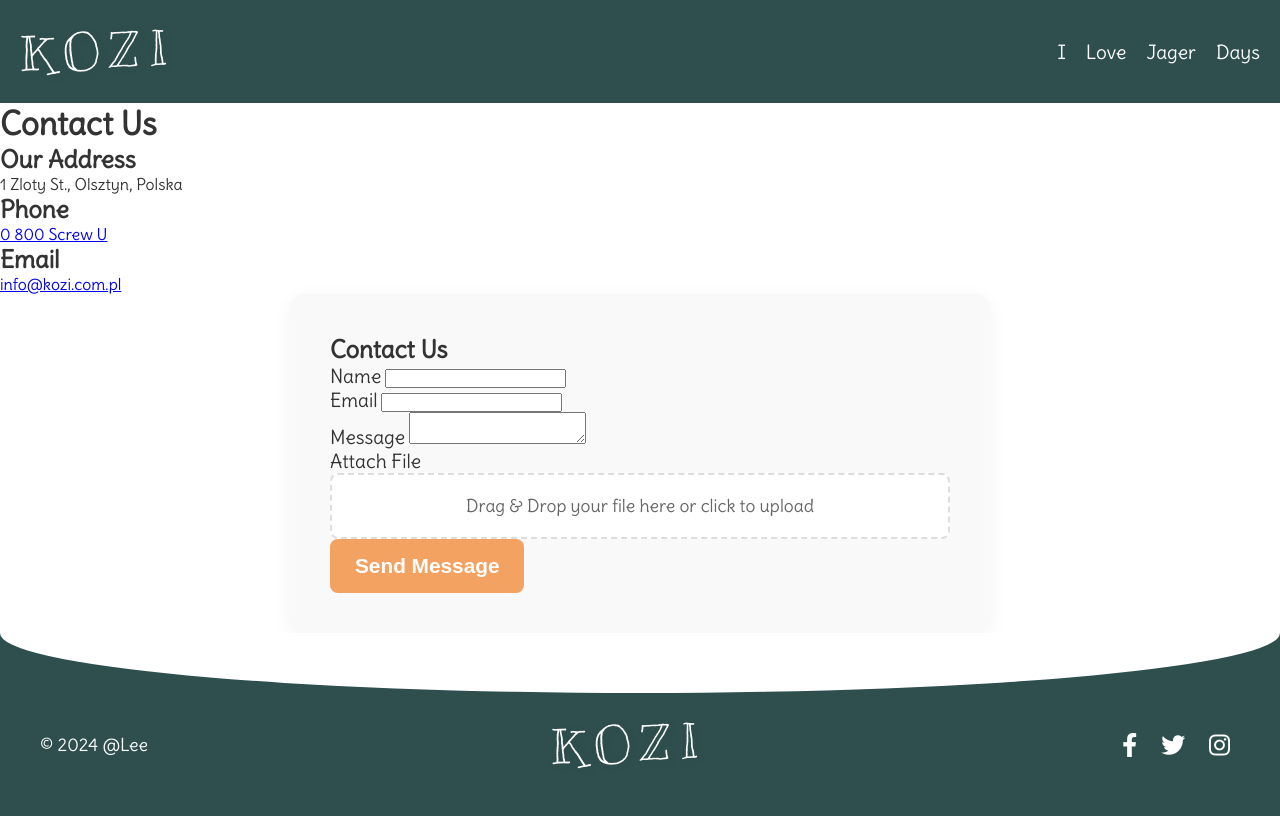
Repository: leerichie/kozi
Page: index.html
An editor plug-in stored every save of this project. The page is shown before and after the next save, followed by the edit.
The browser window is 1280 px wide. The pictures show the whole page.

Above is the page before, as saved 2024-10-24 20:05:35.

After the next save:
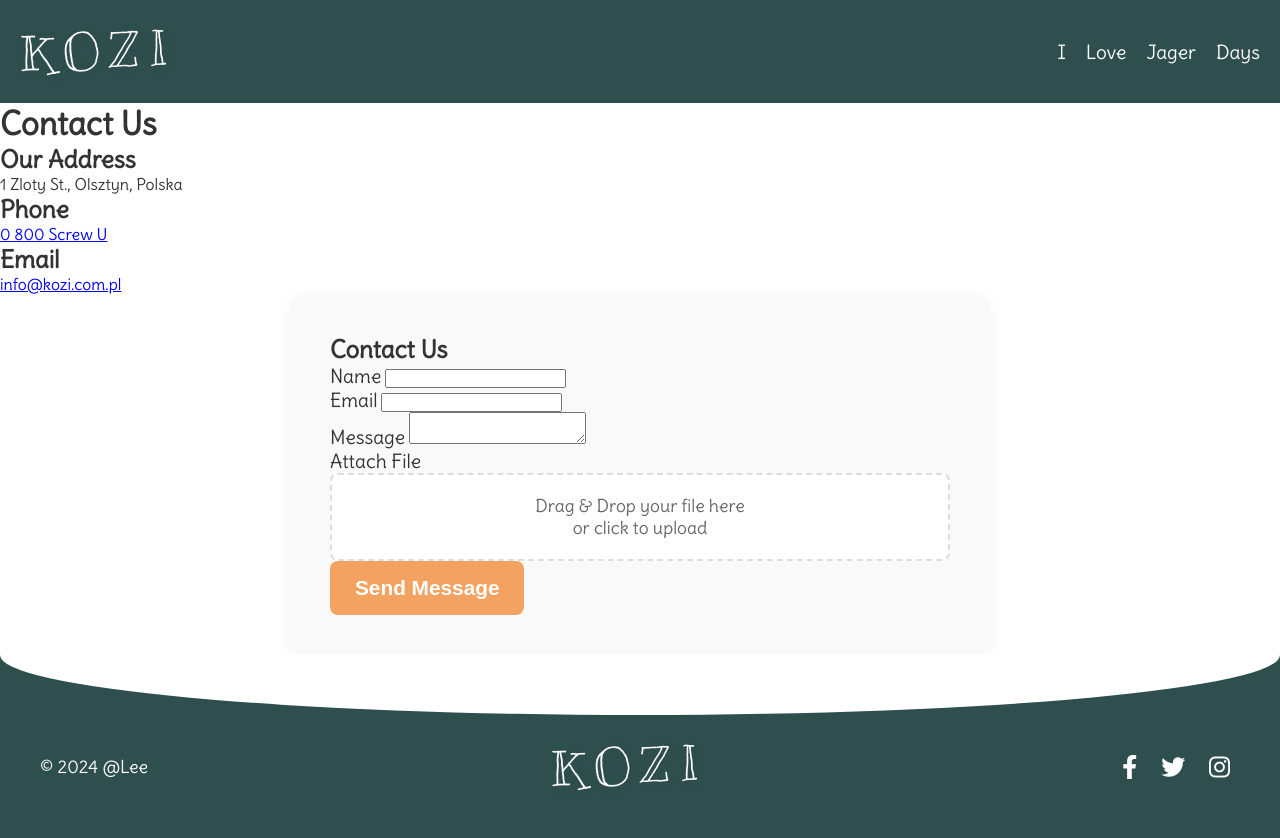
Saved 39 s later.
--- a/index.html
+++ b/index.html
@@ -86,7 +86,7 @@
                 <div class="form-group">
                     <label for="attachment">Attach File</label>
                     <div class="file-drop-area" id="file-drop-area">
-                        <span class="file-message">Drag & Drop your file here or click to upload</span>
+                        <span class="file-message">Drag & Drop your file here <br> or click to upload</span>
                         <input type="file" id="attachment" name="attachment" class="file-input" required>
                     </div>
                 </div>
